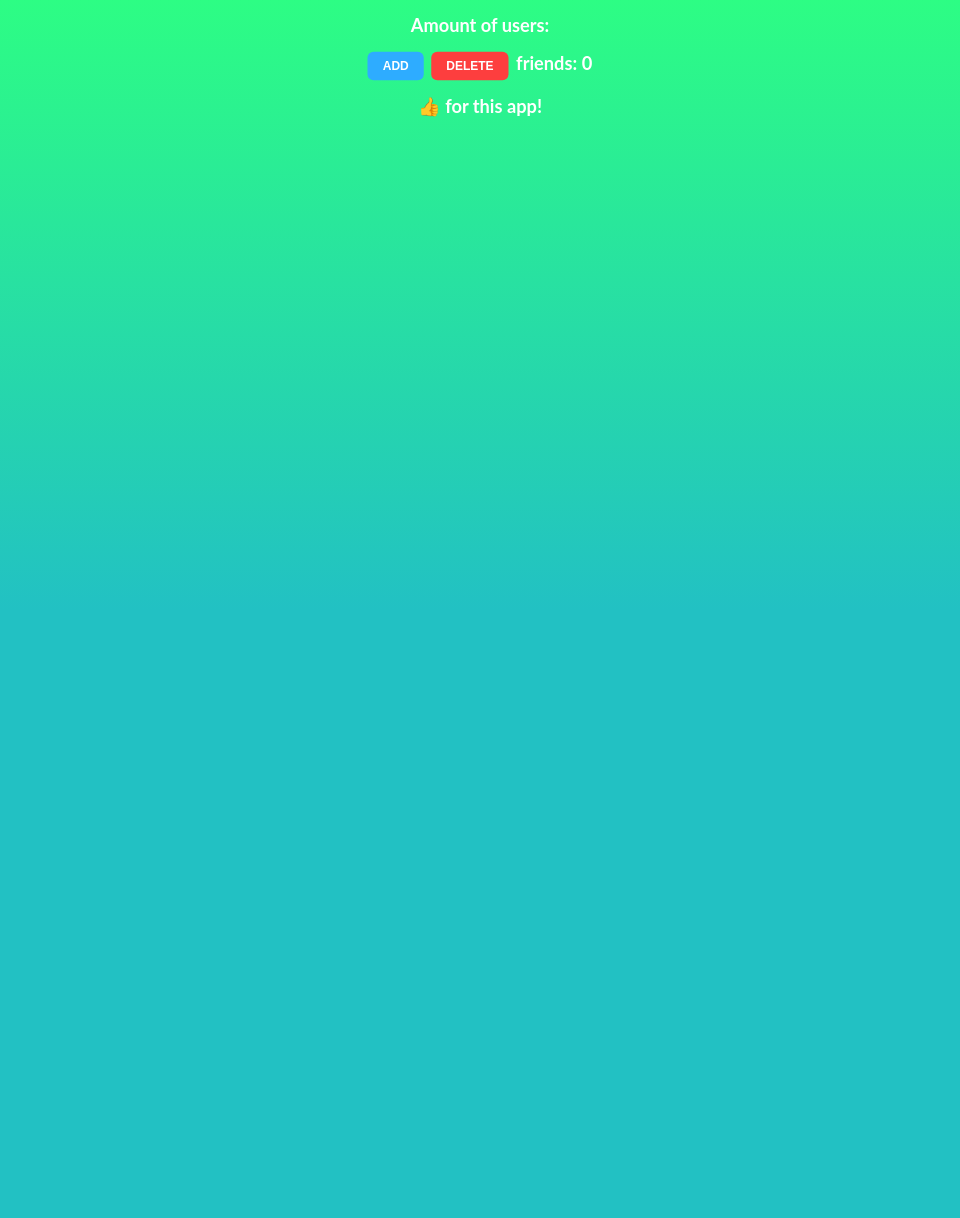
Repository: marcinszymaszek/facelook
Page: /
These files come from the project's save history. The page is drawn as it stood at one moment and after the next save; the edit follows.
The browser window is 1280 px wide. The pictures show the whole page, at 75% of full size.
The page's requests for data from a server got no answer. The project was rebuilt for these pictures with package versions that can differ from the ones it lists, and the page was loaded fresh each time. No one was signed in, and anything a server would have sent is missing.

Above is the page before, as saved 2020-01-13 19:27:12.

After the next save:
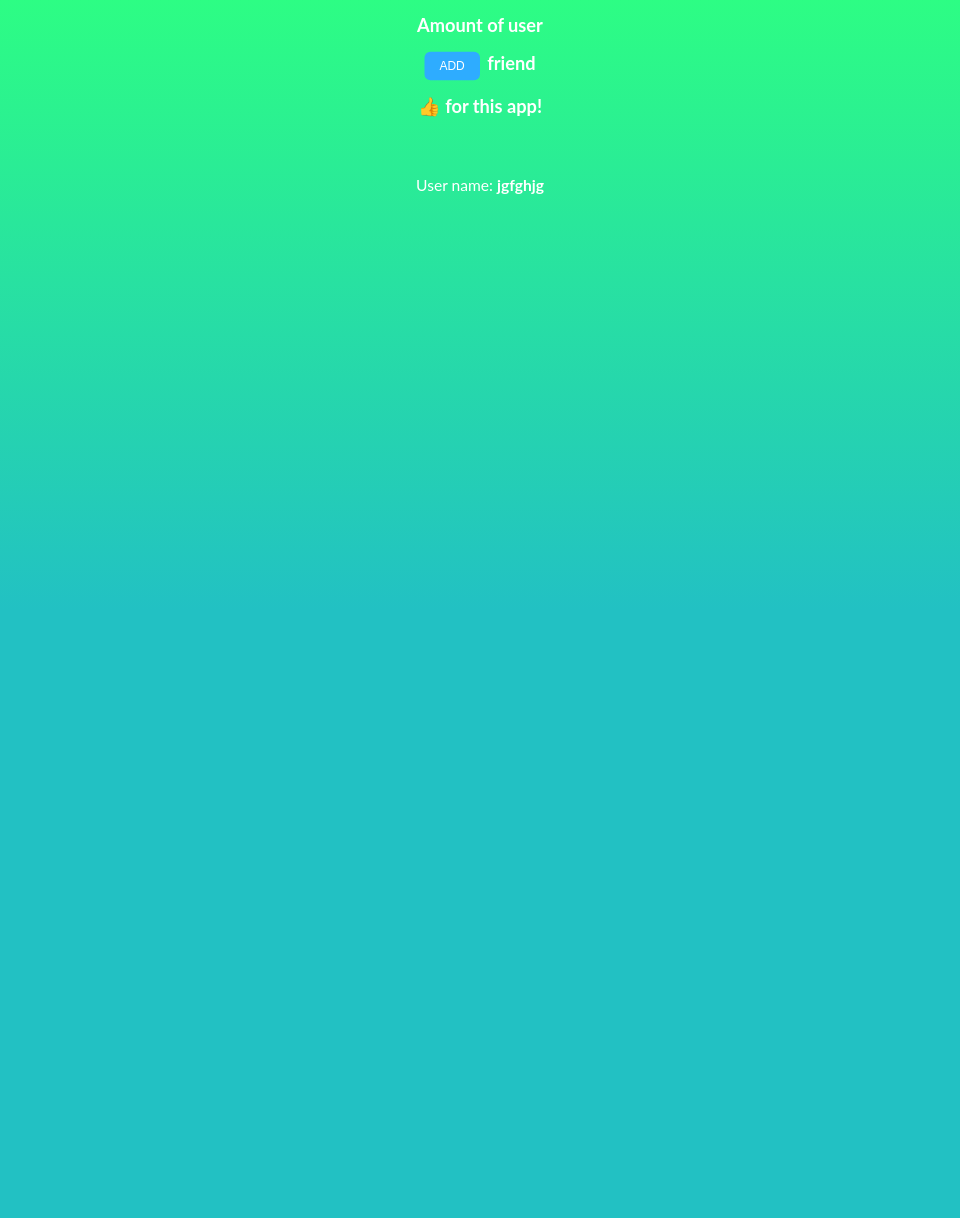
Saved 2 min 51 s later.
--- a/src/components/main/App.js
+++ b/src/components/main/App.js
@@ -1,51 +1,39 @@
-import React, { useState, useEffect } from 'react';
+import React from 'react';
 import Users from '../users/Users'
-import MainInfo from '../information/MainInfo'
-import axios from 'axios';
+import MainInfo from '../main-info/MainInfo'
+
+// const useFetch = url => {
+//   const [data, setData] = useState({});
+//   const [loading, setLoading] = useState(true);
+
+//   useEffect(() => {
+//     const fetchData = async () => {
+//       const response = await fetch(url);
+//       const data = await response.json();
+//       setData(data);
+//       setLoading(false);
+//     }
+//     fetchData();
+//   }, []);
+//   return { data, loading };
+// };
 
 const App = () => {
-  const [data, setData] = useState({ data: [] });
 
-  useEffect(() => {
-
-    //fetch via axios
-    const fetchData = async () => {
-      const result = await axios('https://reqres.in/api/users?page=2');
-      setData(result.data);
-    }
-    fetchData();
-
-    //   //fetch via fetch() method
-    //   const fetchData = async () => {
-    //     const response = await fetch('https://reqres.in/api/users?page=2');
-    //     let data = await response.json()
-    //     setData(data);
-    //   }
-    //     fetchData();
-
-  }, []);
-
-  const usersAmount = data.per_page;
-
-  const allUsers = data.data.map(user => {
-    return <>
-      <p className="basic-info-article">
-        <img src={user.avatar} alt='avatar' /><br />
-        User name: <strong>{user.first_name}</strong>
-      </p>
-      <br />
-    </>
-  }
-  );
+  // const { data, loading } = useFetch('https://reqres.in/api/users?page=2');
 
   return (
     <>
+      {/* {loading ? <div>...loading</div> : */}
       <div>
-        <MainInfo usersAmount={usersAmount} />
-        <Users allUsers={allUsers} />
+        <MainInfo />
+        <Users />
       </div>
+      {/* } */}
     </>
   )
 }
 
 export default App;
+
+//========= SoloLearn =======================================================
--- a/src/components/users/Users.js
+++ b/src/components/users/Users.js
@@ -1,12 +1,26 @@
 import React from 'react';
 import './Users.css'
 
-const Users = ({ allUsers }) => {
+const Users = () => {
+
+  // const allUsers = users.map(user => {
+  //   return <>
+  //     <p className="basic-info-article">
+
+  //       User name: <strong>jgfghjg</strong>
+  //     </p>
+  //     <br />
+  //   </>
+  // }
+  // );
 
   return (
     <div className="info-container">
       <div>
-        {allUsers}
+        <p className="basic-info-article">
+          User name: <strong>jgfghjg</strong>
+        </p>
+        <br />
       </div>
     </div>
   )
@@ -14,3 +28,5 @@ const Users = ({ allUsers }) => {
 }
 
 export default Users;
+
+//========= SoloLearn =======================================================
--- a/src/components/main-info/MainInfo.js
+++ b/src/components/main-info/MainInfo.js
@@ -1,26 +1,20 @@
-import React, { useState } from 'react';
+import React from 'react';
 import './MainInfo.css'
 
-const MainInfo = ({ usersAmount }) => {
-    const [friends, setFreinds] = useState(0);
-    const [isLiked, setIsLiked] = useState(true);
+const MainInfo = () => {
 
-    function toggle() {
-        setIsLiked(!isLiked);
-    }
 
     return (
         <div className="info-container">
             <h3>
-                Amount of users: {usersAmount}
+                Amount of user
             </h3>
             <h3>
-                <button className="btn-add" onClick={() => setFreinds(friends + 1)}>ADD</button>
-                friends: {friends}
+                <button className="btn-add">ADD</button>
+                friend
             </h3>
-            <h3 id="thumb-txt" onClick={toggle}>
-                {isLiked ? <span className="thumb" role="img" aria-label="like">&#128077;</span> :
-                    <span className="thumb" role="img" aria-label="like">&#128078;</span>} for this app!
+            <h3 id="thumb" >
+                <span role="img" aria-label="like">&#128077;</span>  for this app!
             </h3 >
             <br /><br />
         </div >
